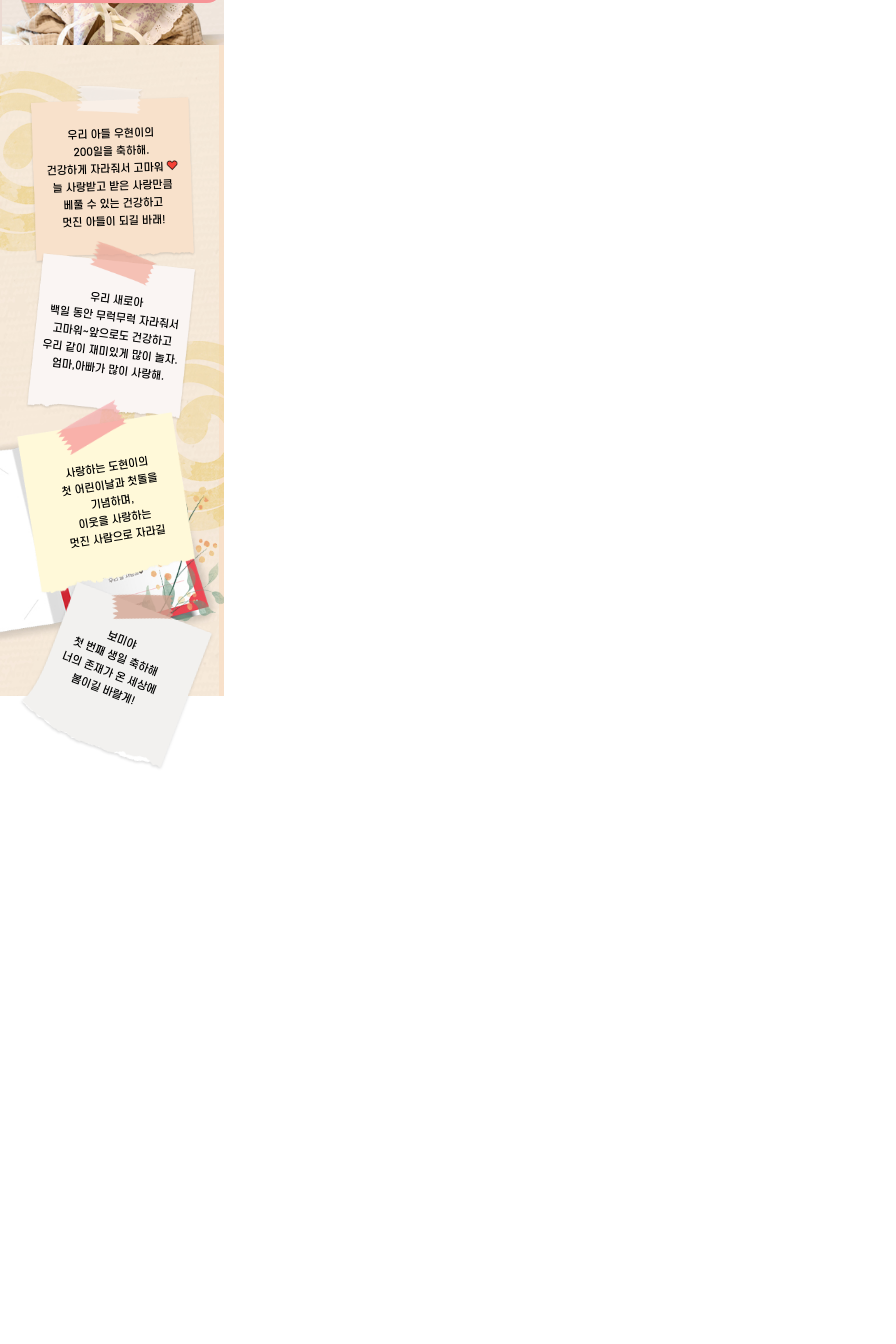
Repository: dlgywls1130/save_the_m320
Page: index.html
The author's editor kept a copy of each file at every save. The page is drawn from the files as they stood at one save, then again after the next save.
The browser window is 1280 px wide. The pictures show the part of the page from y = 936 to 2856 px (the page is 10040 px tall), at 70% of full size.

Above is the page before, as saved 2023-12-21 01:15:34.

### index.html
<!DOCTYPE html>
<html lang="en">
<head>
    <meta charset="UTF-8">
    <meta name="viewport" content="width=device-width, initial-scale=1.0">
    <title>세이브더칠드런</title>

    <link rel="stylesheet" href="./css/reset.css">
    <link rel="stylesheet" href="./css/style.css">

</head>
<body>
    <div class="content_body">
        <section class="section_wrapper section01">
            <div class="se01 se_wrapper">
                <div class="seo01_mobile_wrapp">
                    <div class="se01_sub">
                        <div class="sub_logo">
                            <img src="./img/logo01.png" alt="logo">
                        </div>
                        <p>우리 아기 좋은 날 기부</p>
                    </div>
                    <p class="seo01_title">
                        아가야,
                    </p>
                    <p class="seo01_title_two">
                        너의 <span id="rollingText">탄생</span> 순간을 축하해!
                    </p>
                </div>
                <div class="seo01_mobile_wrapp_bottom">
                    <p class="section_descript mb-45">
                        아이의 건강과 행복을
                        <br>바라는 마음을 담아,
                        <br>탄생, 백일, 첫 걸음마, 첫돌 등
                        <br>내 아이의 소중한 순간을
                        <br>기부로 기념해보세요.
                        <br>함께 자라나는 다른 아이들
                        <br>에게도 큰 축복이 됩니다..
                    </p>

                    <a class="donation_link" href="javascript:void(0)">우리 아기 좋은 날 기부</a>
                </div>

            </div>
        </section>
        <section class="section_wrapper section02">
            <div class="se02 se_wrapper">
                <div class="postit_wrapper">
                    <div class="postit postit01">
                        <p>우리 아들 우현이의<br>
                        200일을 축하해.<br>
                        <span>건강하게 자라줘서 고마워 <img src="./img/heart.png"></span>
                        늘 사랑받고 받은 사랑만큼<br>
                        베풀 수 있는 건강하고<br>
                        멋진 아들이 되길 바래!</p>
                    </div>
                    <div class="postit postit02">
                        <p>우리 새로아<Br>
                        백일 동안 무럭무럭 자라줘서<Br>
                        고마워~앞으로도 건강하고<Br>
                        우리 같이 재미있게 많이 놀자.<Br>
                        엄마,아빠가 많이 사랑해.</p>
                    </div>

                    <div class="postit postit05">
                        <p>사랑하는 도현이의<br>
                        첫 어린이날과 첫돌을<br>
                        기념하며, <br>
                        이웃을 사랑하는<br>
                        멋진 사람으로 자라길</p>

                    </div>
                    <div class="postit postit04">
                        <p>보미야<br>
                        첫 번째 생일 축하해<br>
                        너의 존재가 온 세상에<br>
                        봄이길 바랄게!   </p>
                    </div>

                    <!-- <div class="postit postit03">
                        <p>서진아<br>
                        우리에게 와줘서 고마워<br>
                        건강하고 행복하게 자라렴.<br>
                        사랑해♡      </p>
                    </div> -->

                </div>

            </div>
        </section>
        <section class="section_wrapper section03">
            <div class="se_wrapper se03">
                <div class="se_title_co">
                    아기의 좋은 날을<br> 기념해 주신 모든 분들께
                    <br>후원감사증서를 보내드립니다.
                </div>
                <div class="se_sub_co">
                    후원감사증서는<Br> 아기에게 남기고 싶은 메시지와 아기의 좋은 날이 담긴 사진을<br> 보관할 수 있도록
                    만들어드립니다.<br> 먼 훗날, 아기가 성장해 읽게 될 날을 그리며 편지를 써보세요.
                </div>
            </div>

        </section>
        <section class="section_wrapper section04">
            <div class="se_wrapper se04">
                <div class="se_title_co">
                    이름 자수 순면거즈블랭킷
                </div>
                <div class="se_sub_co">
                    30만원 이상 후원하신 분들께는 순면 거즈 아기 블랭킷(90*110)에
                    <Br>원하시는 이름(영문)을 예쁘게 수놓아 드립니다.
                </div>

                <div class="se04_slide mt-85">
                    <div class="se04_slide_list">
                        <img src="./img/slide03.jpg">
                    </div>
                    <div class="se04_slide_list">
                        <img src="./img/slide02.jpg">
                    </div>
                    <div class="se04_slide_list">
                        <img src="./img/slide01.jpg">
                    </div>
                </div>
            </div>
        </section>
        <section class="section_wrapper section05">
            <div class="se_wrapper se05">
                <div class="se_title_co">
                    후원신청 과정
                </div>


                <div class="se_sub_co">
                    30만원 이상 후원해 주신 경우,
                    <br>감사 선물 수령 주소 및 아기 블랭킷에 새겨질 문구 확인을 위한 문자가 발송됩니다.
                </div>

                <div class="se_step_list">
                    <div class="se_step">
                        <p class="step_number">1</p>
                        <div class="step_ico">
                            <img src="./img/icon01.png" alt="img">
                        </div>
                        <p class="step_descript">
                            후원신청하기
                        </p>
                    </div>
                    <div class="se_step">
                        <p class="step_number">2</p>
                        <div class="step_ico">
                            <img src="./img/icon02.png" alt="img">
                        </div>
                        <p class="step_descript">
                            후원감사증서
                            메시지 적기
                        </p>
                    </div>
                </div>
                <div class="se_step_list">
                    <div class="se_step">
                        <p class="step_number">3</p>
                        <div class="step_ico">
                            <img src="./img/icon03.png" alt="img">
                        </div>
                        <p class="step_descript">
                            신청완료
                        </p>
                    </div>
                    <div class="se_step">
                        <p class="step_number">4</p>
                        <div class="step_ico">
                            <img src="./img/icon04.png" alt="img">
                        </div>
                        <p class="step_descript">
                            후원감사증서 발송
                            (1주 이내)
                        </p>
                    </div>
                </div>


                <a class="donation_link" href="javascript:void(0)">우리 아기 좋은 날 기부</a>
            </div>

        </section>
        <section class="section_wrapper section06">
            <div class="se_wrapper se06">
                <div class="se_title_co">
                    후원금, 이렇게 쓰여요!
                </div>
                <div class="se_sub_co">
                    세이브더칠드런은 <Br><span>국내외 아동을 위한 교육,
                    <Br>보호, 보건영양지원,<Br> 아동권리옹호</span> 등의<Br> 활동을 해나가고 있습니다.
                </div>
                <div class="se_sub_co">
                    보내주신 후원금은<Br> 정치, 종교, 인종에 관계없이<Br> 모든 아이를 구해야 한다는
                    <Br>세이브더칠드런의 신념에 따라 <Br><span>가장 도움 필요한 아이를 위해 우선 사용</span>됩니다.
                </div>
            </div>

        </section>
        <section class="section_wrapper section07">
            <div class="se_wrapper se07">
                <div class="se_title_co">
                    FAQ
                </div>
                <div class="accordion">
                    <div class="accordion-item">
                        <h3 class="title">
                            <span>1. 30만원 이상 후원했습니다. <br>거즈 순면 블랭킷은 언제 오나요?</span>
                            <img src="./img/top.png">
                        </h3>
                        <p class="paragraph">
                            우리아기 축하기부로 30만원 이상 후원자님들께는 담요에 수놓을 아기 이름과
                            선물 수령 주소 확인을 위한 문자가 발송됩니다.
                            02-6900-4479로 발송되는 문자 속 설문조사에 답해주세요.
                            확인을 완료하신 분들께는 블랭킷 제작을 담당하고 있는 조니 스튜디오에서
                            아기 이름 자수 작업 완료 후 배송해 드립니다.

                        </p>
                    </div>
                    <div class="accordion-item">
                        <h3 class="title">
                            <span>2. 거즈 순면 블랭킷, 안전한 제품인가요?</span>
                            <img src="./img/top.png">
                        </h3>
                        <p class="paragraph">
                            본 블랭킷은 워싱된 3중 거즈로 제작되었으며, KC안전검사를 완료하였습니다.
                            소재 특성상 섬유 조각이 발생할 수 있어 망에 넣지 않고 3번 정도 물빨래 하시는 것을 권장합니다.

                        </p>
                    </div>
                    <div class="accordion-item">
                        <h3 class="title">
                            <span>3. 거즈 순면 블랭킷을 받았는 데 하자가 있어요. <Br>어떻게 해야 하나요? </span>
                            <img src="./img/top.png">
                        </h3>
                        <p class="paragraph">
                            070-4220-4123 (조니스튜디오 CS)로 전화 연락 부탁드립니다. 하자 물품에 대한 교환은 수령일로부터 7일 이내에 조니스튜디오에 연락해주셔야 하며, 이로 인한 후원금 환불은 어렵습니다.
                        </p>
                    </div>
                    <div class="accordion-item">
                        <h3 class="title">
                            <span>4. 후원감사증서에 넣을 수 있는 사진 사이즈는 <Br>얼마인가요?</span>
                            <img src="./img/top.png">
                        </h3>
                        <p class="paragraph">
                            사진 인화 사이즈 5*7 인치에 맞추어서 제작되었습니다.  그보다 작은 사진일 경우, 후원감사증서
                            내부의 주머니에 넣어 보관하실 수도  있습니다.

                        </p>
                    </div>
                </div>
            </div>

        </section>
        <section class="section_wrapper section08">
            <div class="se_wrapper se08">
                <div class="se08_postion">
                    <p class="se08_title">우리 아기 좋은 날 기부</p>
                    <p class="se08_descript">
                        탄생, 백일, 첫 걸음마, 첫돌...
                        <br>소중한 우리 아기의 성장을 기념해 보세요!
                        <br>아기의 좋은 날이 모여 세상의 행복이 됩니다.
                    </p>
                    <a href="javascript:void(0)" class="more_btn">
                        <p>자세히보기</p>
                        <svg xmlns="http://www.w3.org/2000/svg" width="16" height="16" fill="currentColor" class="bi bi-chevron-right" viewBox="0 0 16 16">
                            <path fill-rule="evenodd" d="M4.646 1.646a.5.5 0 0 1 .708 0l6 6a.5.5 0 0 1 0 .708l-6 6a.5.5 0 0 1-.708-.708L10.293 8 4.646 2.354a.5.5 0 0 1 0-.708z"/>
                        </svg>
                    </a>
                </div>

            </div>
        </section>
    </div>

    <script src="https://ajax.googleapis.com/ajax/libs/jquery/1.12.4/jquery.min.js"></script>
    <script src="./js/main.js"></script>
</body>
</html>

### css/reset.css


html, body, div, span, applet, object, iframe,
h1, h2, h3, h4, h5, h6, p, blockquote, pre,
a, abbr, acronym, address, big, cite, code,
del, dfn, em, img, ins, kbd, q, s, samp,
small, strike, strong, sub, sup, tt, var,
b, u, i, center,
dl, dt, dd, ol, ul, li,
fieldset, form, label, legend,
table, caption, tbody, tfoot, thead, tr, th, td,
article, aside, canvas, details, embed,
figure, figcaption, footer, header, hgroup,
menu, nav, output, ruby, section, summary,
time, mark, audio, video {
	margin: 0;
	padding: 0;
	border: 0;
	font-size: 100%;
	font: inherit;
	vertical-align: baseline;
}

article, aside, details, figcaption, figure,
footer, header, hgroup, menu, nav, section {
	display: block;
}
body {
	line-height: 1;
}
ol, ul {
	list-style: none;
}
blockquote, q {
	quotes: none;
}
blockquote:before, blockquote:after,
q:before, q:after {
	content: '';
	content: none;
}
table {
	border-collapse: collapse;
	border-spacing: 0;
}

Loaded but not shown: js/main.js (46 lines, source omitted); css/style.css (649 lines, source omitted)

After the next save:
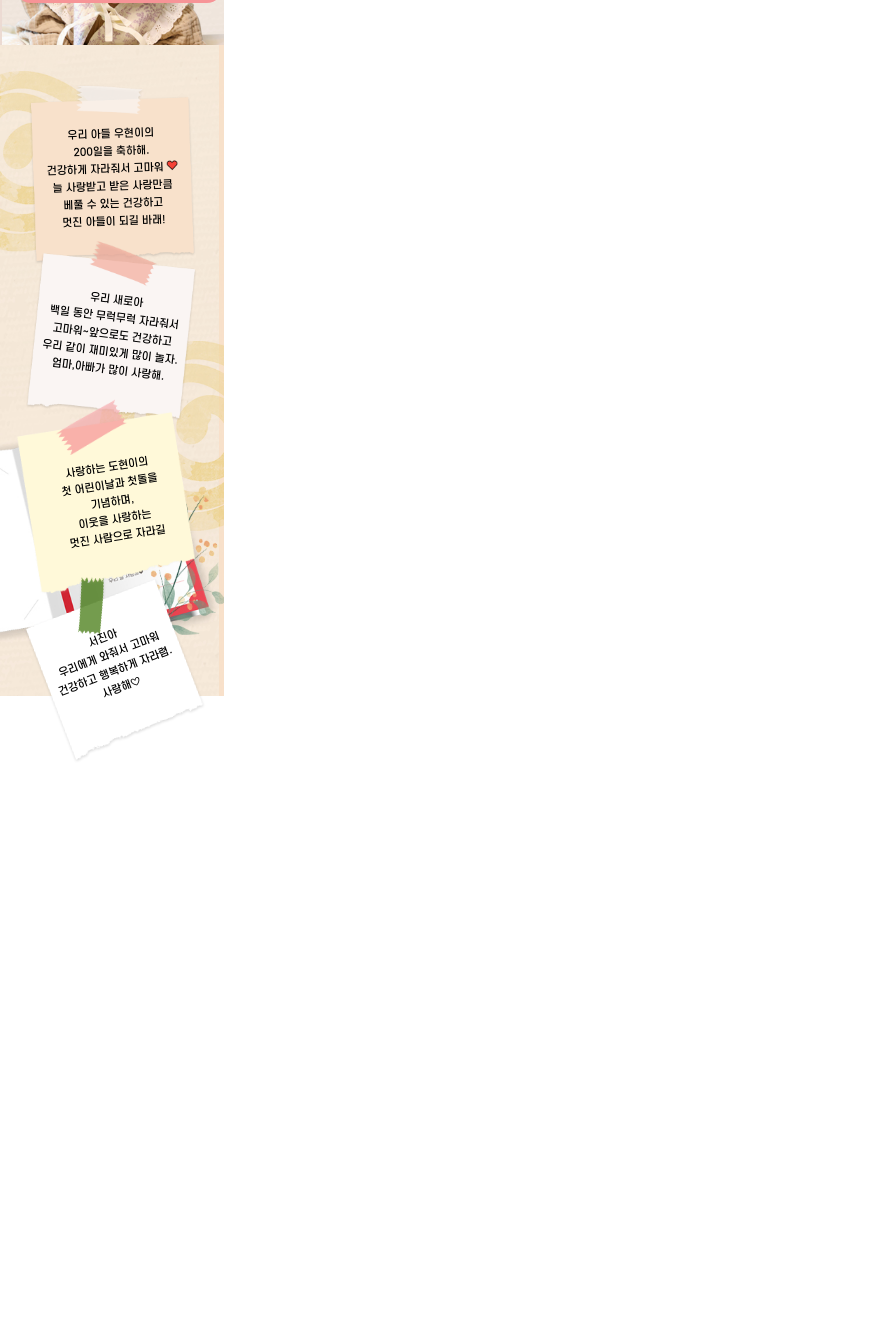
Saved 14 s later.
--- a/index.html
+++ b/index.html
@@ -70,19 +70,19 @@
                         멋진 사람으로 자라길</p>
 
                     </div>
-                    <div class="postit postit04">
+                    <!-- <div class="postit postit04">
                         <p>보미야<br>
                         첫 번째 생일 축하해<br>
                         너의 존재가 온 세상에<br>
                         봄이길 바랄게!   </p>
-                    </div>
-
-                    <!-- <div class="postit postit03">
+                    </div> -->
+
+                    <div class="postit postit03">
                         <p>서진아<br>
                         우리에게 와줘서 고마워<br>
                         건강하고 행복하게 자라렴.<br>
                         사랑해♡      </p>
-                    </div> -->
+                    </div>
 
                 </div>
 
